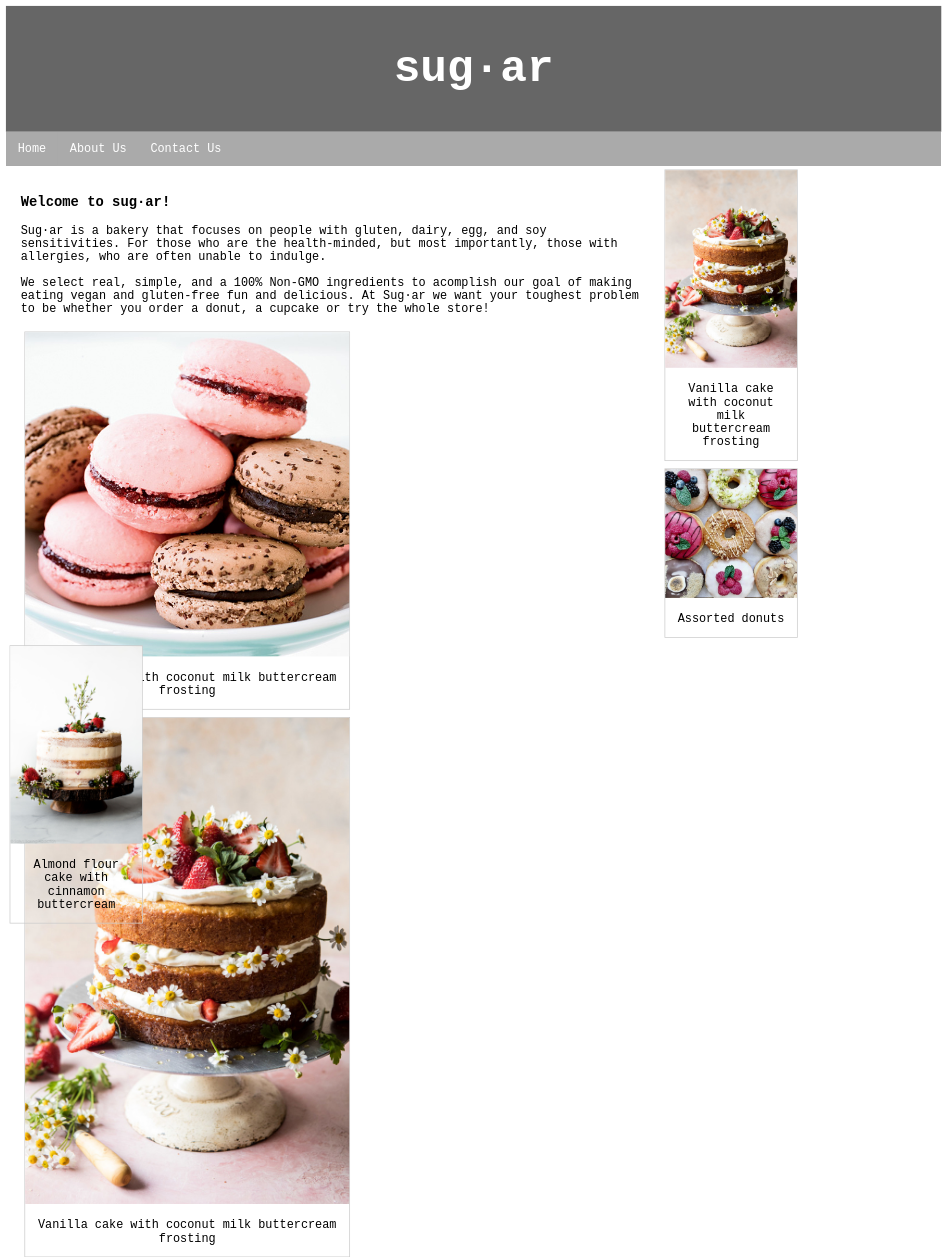
Repository: lavaghimire/lavaghimire.github.io
Page: WEBSITE/website.html
The author's editor kept a record of every edit. The page is drawn from the files as they stood at one moment, then again after the next edit.
The browser window is 1280 px wide. The pictures show the whole page, at 74% of full size.

Above is the page before.

After the next edit:
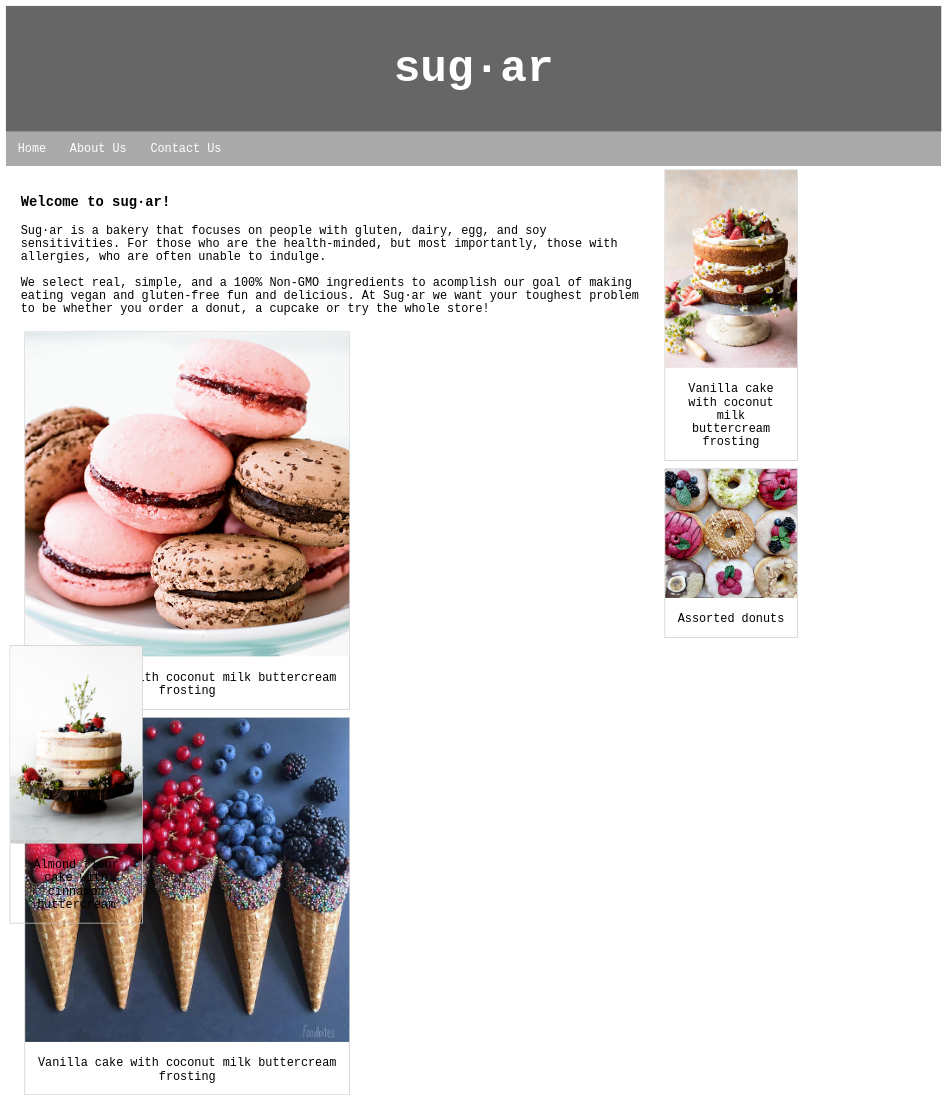
The edit:
--- a/WEBSITE/website.html
+++ b/WEBSITE/website.html
@@ -148,8 +148,8 @@
 </div>
 
 <div class="picture">
-  <a target="_blank" href="cake.jpg">
-    <img src="cake.jpg" alt="Cake" width="1000" height="800">
+  <a target="_blank" href="ice.jpg">
+    <img src="ice.jpg" alt="Cake" width="1000" height="800">
   </a>
   <div class="desc">Vanilla cake with coconut milk buttercream frosting</div>
 </div>
